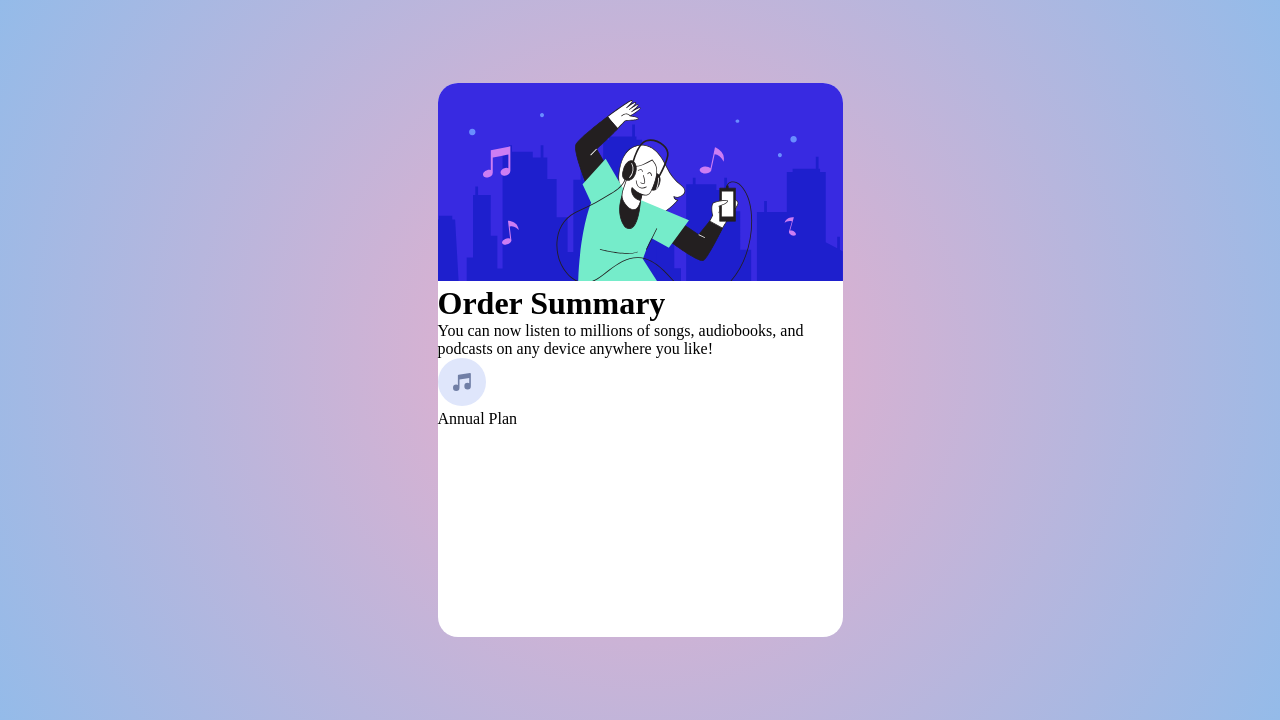
Repository: KamoliddinGIT/order-summary-card
Page: index.html
An editor plug-in stored every save of this project. The page is shown before and after the next save, followed by the edit.
The browser window is 1280 px wide. The pictures show the whole page.

Above is the page before, as saved 2023-09-13 10:46:21.

### index.html
<!DOCTYPE html>
<html lang="en">
  <head>
    <meta charset="UTF-8" />
    <meta name="viewport" content="width=device-width, initial-scale=1.0" />
    <link
      rel="icon"
      type="image/png"
      sizes="32x32"
      href="./images/favicon-32x32.png"
    />
    <link rel="stylesheet" href="./css/style.css" />
    <title>Order summary card</title>
  </head>
  <body>
    <div class="container">
      <img
        class="illustration"
        src="./images/illustration-hero.svg"
        alt="img"
      />
      <div>
        <h1>Order Summary</h1>
        <p>
          You can now listen to millions of songs, audiobooks, and podcasts on
          any device anywhere you like!
        </p>
        <div>
          <img src="./images/icon-music.svg" alt="music" />
          <div>
            <span>Annual Plan </span>
          </div>
        </div>
      </div>
    </div>
  </body>
</html>

### css/style.css
* {
  margin: 0;
  padding: 0;
  box-sizing: border-box;
}

body {
  width: 100%;
  height: 100vh;
  display: flex;
  justify-content: center;
  align-items: center;
  background: rgb(238, 174, 202);
  background: radial-gradient(
    circle,
    rgba(238, 174, 202, 1) 0%,
    rgba(148, 187, 233, 1) 100%
  );
}

.container {
  width: 405px;
  height: 554px;
  border-radius: 20px;
  background: #fff;
}

.illustration {
  width: 100%;
  border-radius: 20px 20px 0 0;
}

After the next save:
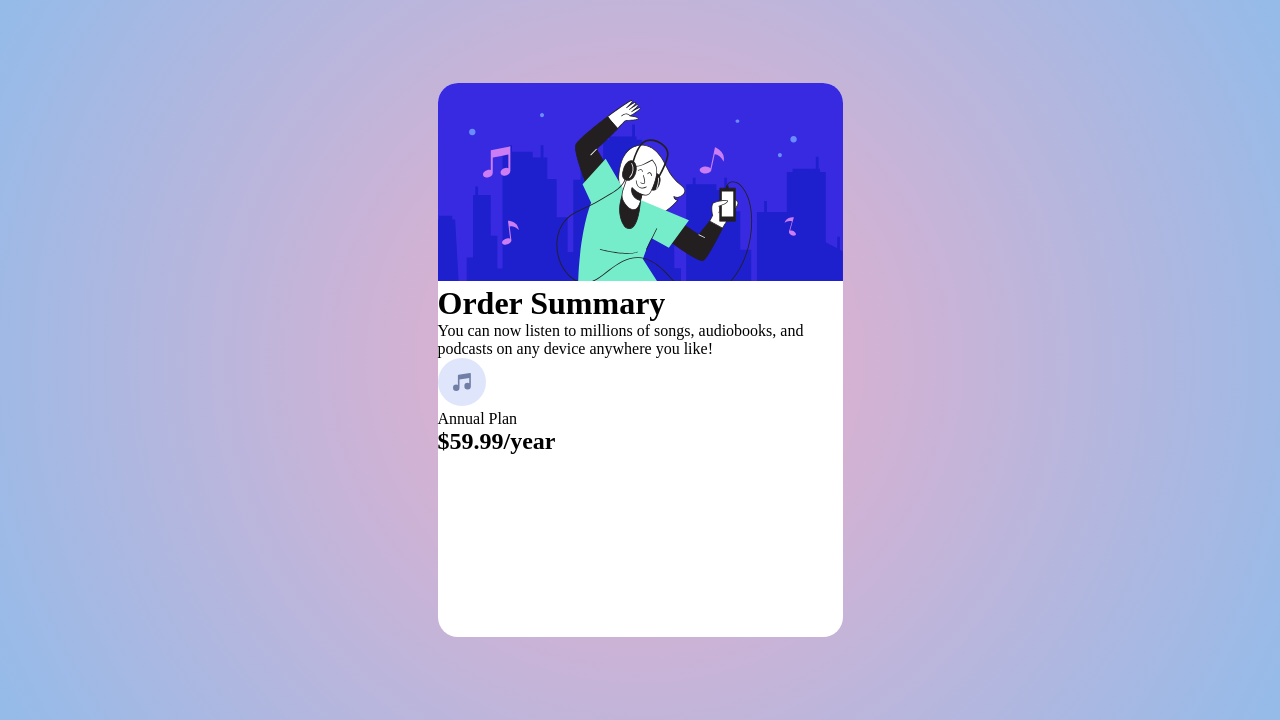
Saved 8 s later.
--- a/index.html
+++ b/index.html
@@ -29,6 +29,7 @@
           <img src="./images/icon-music.svg" alt="music" />
           <div>
             <span>Annual Plan </span>
+            <h2>$59.99/year</h2>
           </div>
         </div>
       </div>
